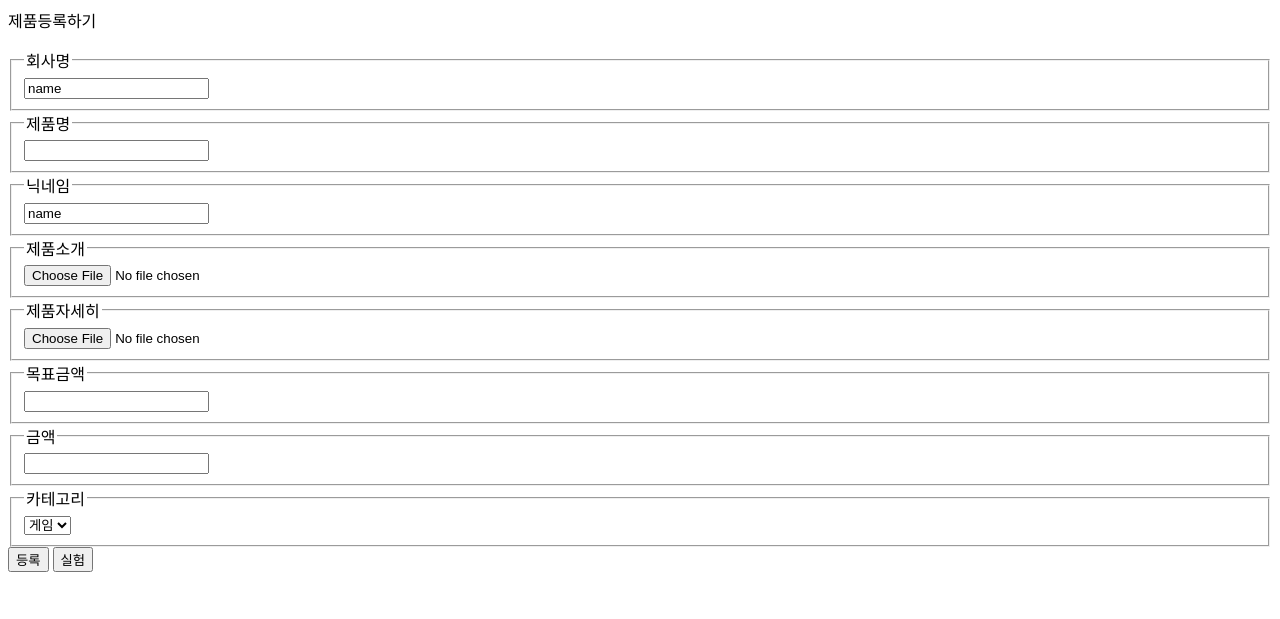
Repository: papahihi/barndus
Page: http://localhost/fundingProj/view/project/projectInsert.jsp
The author's editor kept a copy of each file at every save. The page is drawn from the files as they stood at one save, then again after the next save.
The browser window is 1280 px wide. The pictures show the whole page.
The page is served by Tomcat 9.

Above is the page before, as saved 2022-09-04 04:01:27.

After the next save:
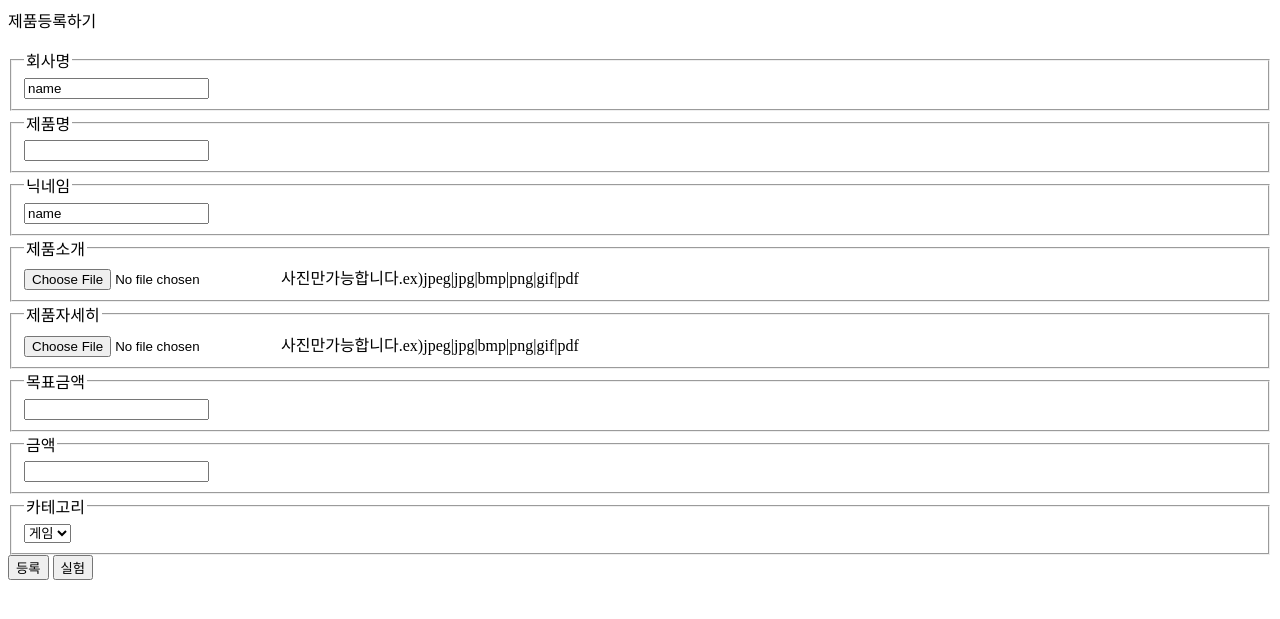
Saved 70 s later.
--- a/fundingTemp/fundingProj/src/main/webapp/view/project/projectInsert.jsp
+++ b/fundingTemp/fundingProj/src/main/webapp/view/project/projectInsert.jsp
@@ -21,12 +21,12 @@ var pp = ".*[.](jpeg|jpg|bmp|png|gif|pdf)";
 
 			if (wnameArea.value == ""&&Pattern.matches(pp, wnameArea.value.toLowerCase())) {
 
-				alert("제품 소개할 사진을 첨부해주세요.")
+				alert("첨부할 사진을 확인해주세요.")
 				return false
 			}
 			if (contentArea.value == ""&&Pattern.matches(pp, contentArea.value.toLowerCase())) {
 
-				alert("")
+				alert("첨부할 사진을 확인해주세요.")
 				return false
 			}
 
@@ -82,11 +82,13 @@ var pp = ".*[.](jpeg|jpg|bmp|png|gif|pdf)";
 		<fieldset>
 			<legend>제품소개</legend>
 			<input type="file" name = "wname" id = "wname"/>
+			<span>사진만가능합니다.ex)jpeg|jpg|bmp|png|gif|pdf</span>
 		</fieldset>
 
 		<fieldset>
 			<legend>제품자세히</legend>
 			<input type="file" name = "content" id= "content"/>
+			<span>사진만가능합니다.ex)jpeg|jpg|bmp|png|gif|pdf</span>
 		</fieldset>
 
 		<fieldset>
